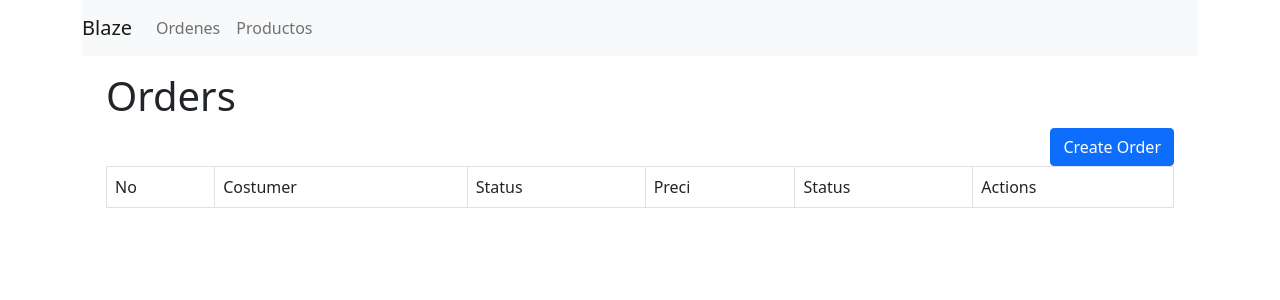
Repository: Isamae/Fractal
Page: /orders (app in frond/)
These files come from the project's save history. The page is drawn as it stood at one moment and after the next save; the edit follows.
The browser window is 1280 px wide. The pictures show the whole page.
The page's requests for data from a server got no answer. The project was rebuilt for these pictures with package versions that can differ from the ones it lists, and the page was loaded fresh each time. No one was signed in, and anything a server would have sent is missing. Also part of the build but not shown: frond/src/App.css, frond/src/components/ProductComponent.js.

Above is the page before, as saved 2021-09-16 15:33:54.

### frond/src/index.js
import React from 'react';
import ReactDOM from 'react-dom';
import { BrowserRouter } from "react-router-dom";

import App from './App';
import * as serviceWorker from "./serviceWorker";


ReactDOM.render(
  <BrowserRouter>
    <App />
  </BrowserRouter>,
  document.getElementById('root')
);

serviceWorker.unregister();

### frond/src/App.js
import React, { Component } from "react";
import { Switch, Route, Link } from "react-router-dom";

import 'bootstrap/dist/css/bootstrap.min.css'
import './App.css';

import ProductComponent from "./components/ProductComponent";
import OrderComponent from "./components/OrderComponent";

class App extends Component {
  render() {
    return (
      <div class="container">
          <nav class="navbar navbar-expand-lg navbar-light bg-light">
              <Link to={"/orders"} className="navbar-brand">
                Blaze
              </Link>
              <div className="navbar-nav mr-auto">
                  <li className="nav-item">
                      <Link to={"/orders"} className="nav-link">
                          Ordenes
                      </Link>
                  </li>
                  <li className="nav-item">
                      <Link to={"/products"} className="nav-link">
                        Productos
                      </Link>
                  </li>
              </div>
          </nav>

          <div className="container mt-3">
              <Switch>
                  <Route exact path="/products" component={ProductComponent} />
                  <Route exact path="/orders" component={OrderComponent} />
              </Switch>
          </div>
      </div>
    );
  }
}

export default App;

### frond/src/serviceWorker.js
const isLocalhost = Boolean(
  window.location.hostname === 'localhost' ||
    // [::1] is the IPv6 localhost address.
    window.location.hostname === '[::1]' ||
    // 127.0.0.0/8 are considered localhost for IPv4.
    window.location.hostname.match(
      /^127(?:\.(?:25[0-5]|2[0-4][0-9]|[01]?[0-9][0-9]?)){3}$/
    )
);

export function register(config) {
  if (process.env.NODE_ENV === 'production' && 'serviceWorker' in navigator) {
    // The URL constructor is available in all browsers that support SW.
    const publicUrl = new URL(process.env.PUBLIC_URL, window.location.href);
    if (publicUrl.origin !== window.location.origin) {
      // Our service worker won't work if PUBLIC_URL is on a different origin
      // from what our page is served on. This might happen if a CDN is used to
      return;
    }

    window.addEventListener('load', () => {
      const swUrl = `${process.env.PUBLIC_URL}/service-worker.js`;

      if (isLocalhost) {
        // This is running on localhost. Let's check if a service worker still exists or not.
        checkValidServiceWorker(swUrl, config);

        // Add some additional logging to localhost, pointing developers to the
        // service worker/PWA documentation.
        navigator.serviceWorker.ready.then(() => {
          console.log(
            'This web app is being served cache-first by a service ' +
              'worker. To learn more, visit https://bit.ly/CRA-PWA'
          );
        });
      } else {
        // Is not localhost. Just register service worker
        registerValidSW(swUrl, config);
      }
    });
  }
}

function registerValidSW(swUrl, config) {
  navigator.serviceWorker
    .register(swUrl)
    .then(registration => {
      registration.onupdatefound = () => {
        const installingWorker = registration.installing;
        if (installingWorker == null) {
          return;
        }
        installingWorker.onstatechange = () => {
          if (installingWorker.state === 'installed') {
            if (navigator.serviceWorker.controller) {
              // At this point, the updated precached content has been fetched,
              // but the previous service worker will still serve the older
              // content until all client tabs are closed.
              console.log(
                'New content is available and will be used when all ' +
                  'tabs for this page are closed. See https://bit.ly/CRA-PWA.'
              );

              // Execute callback
              if (config && config.onUpdate) {
                config.onUpdate(registration);
              }
            } else {
              // At this point, everything has been precached.
              // It's the perfect time to display a
              // "Content is cached for offline use." message.
              console.log('Content is cached for offline use.');

              // Execute callback
              if (config && config.onSuccess) {
                config.onSuccess(registration);
              }
            }
          }
        };
      };
    })
    .catch(error => {
      console.error('Error during service worker registration:', error);
    });
}

function checkValidServiceWorker(swUrl, config) {
  // Check if the service worker can be found. If it can't reload the page.
  fetch(swUrl, {
    headers: { 'Service-Worker': 'script' }
  })
    .then(response => {
      // Ensure service worker exists, and that we really are getting a JS file.
      const contentType = response.headers.get('content-type');
      if (
        response.status === 404 ||
        (contentType != null && contentType.indexOf('javascript') === -1)
      ) {
        // No service worker found. Probably a different app. Reload the page.
        navigator.serviceWorker.ready.then(registration => {
          registration.unregister().then(() => {
            window.location.reload();
          });
        });
      } else {
        // Service worker found. Proceed as normal.
        registerValidSW(swUrl, config);
      }
    })
    .catch(() => {
      console.log(
        'No internet connection found. App is running in offline mode.'
      );
    });
}

export function unregister() {
  if ('serviceWorker' in navigator) {
    navigator.serviceWorker.ready
      .then(registration => {
        registration.unregister();
      })
      .catch(error => {
        console.error(error.message);
      });
  }
}

### frond/src/components/OrderComponent.js
import React from "react";
import Routes from "../services/routes.service";

class ProductComponent extends React.Component{
    constructor(props){
        super(props)
        this.state ={
            orders:[]
        }
    }

    componentDidMount(){
        this.getOrders();
    }

    getOrders(){
        Routes.getAllOrders().then(
            response => {
                this.setState({orders: response.data})
            }
        ).catch(e => {
            console.log(e);
        });
    }

    render(){
        return (
            <div  class="container ">
                <div class="d-flex flex-row"><h1> Orders</h1></div>
                <div class="d-flex flex-row-reverse ">
                    <button type="button" class="btn btn-primary">Create Order</button>
                </div>
                <div class="row">
                    <div class="table-responsive ">
                        <table className="table table-striped table-hover table-bordered">
                            <thead>

                                <tr>
                                    <td>No</td>
                                    <td>Costumer</td>
                                    <td>Status</td>
                                    <td>Preci</td>
                                    <td>Status</td>
                                    <td>Actions</td>
                                </tr>

                            </thead>
                            <tbody>
                                {
                                    this.state.orders.map(
                                        order =>
                                        <tr key = {order._id}>
                                            <td>{order._id}</td>
                                            <td>{order.name}</td>
                                            <td>{order.order_category}</td>
                                            <td>{order.unit_price}</td>
                                            <td>{order.active}</td>
                                            <td>
                                                <a href="#" class="view" title="View" data-toggle="tooltip" style={{color:"#10ab80"}}><i class="material-icons">&#xE417;</i></a>
                                                <a href="#" class="edit" title="Edit" data-toggle="tooltip"><i class="material-icons">&#xE254;</i></a>
                                                <a href="#" class="delete" title="Delete" data-toggle="tooltip" style={{color:"red"}}><i class="material-icons">&#xE872;</i></a>

                                            </td>
                                        </tr>
                                    )
                                }
                            </tbody>
                        </table>
                    </div>
                </div>
            </div>
        )
    }
}

export default ProductComponent

### frond/src/services/routes.service.js
import http from '../http';

class Routes{
    getAllProducts(){
        return http.get("/products");
    }

    getAllOrders(){
        return http.get("/orders");
    }
}

export default new Routes;

Loaded but not shown: frond/public/index.html (common file); frond/src/http.js (common file)

After the next save:
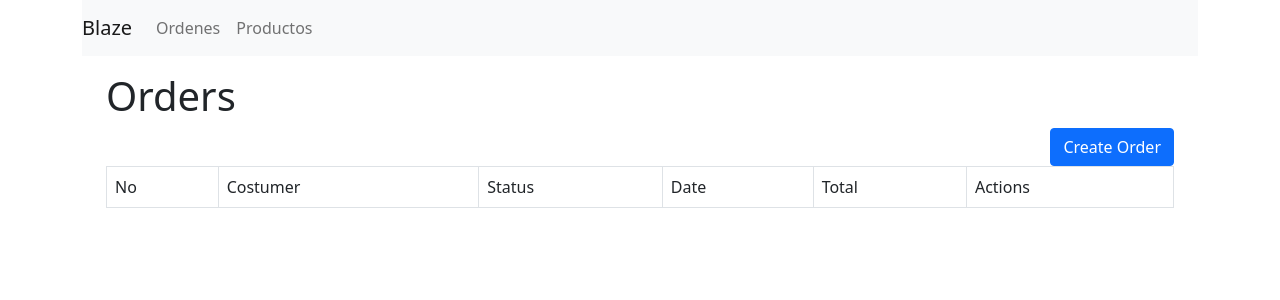
Saved 17 s later.
--- a/frond/src/components/OrderComponent.js
+++ b/frond/src/components/OrderComponent.js
@@ -39,8 +39,8 @@ class ProductComponent extends React.Component{
                                     <td>No</td>
                                     <td>Costumer</td>
                                     <td>Status</td>
-                                    <td>Preci</td>
-                                    <td>Status</td>
+                                    <td>Date</td>
+                                    <td>Total</td>
                                     <td>Actions</td>
                                 </tr>
 
